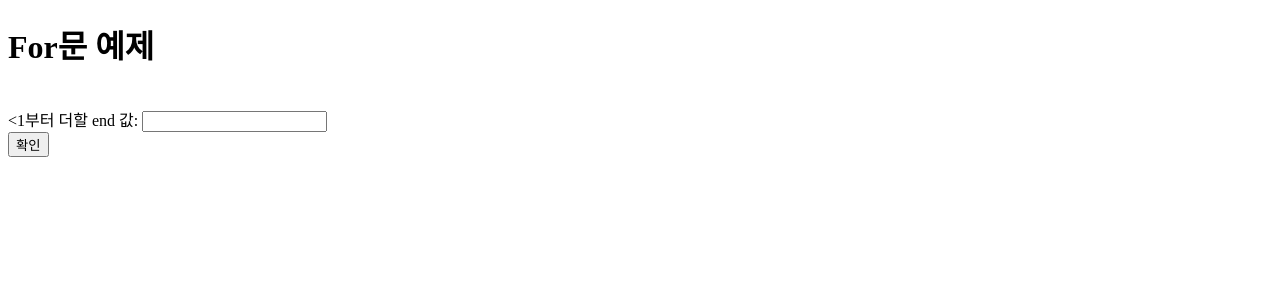
Repository: Endki/self_study_wep
Page: http://localhost/self-study-04/forForm.jsp
An editor plug-in stored every save of this project. The page is shown before and after the next save, followed by the edit.
The browser window is 1280 px wide. The pictures show the whole page.
The page is served by Tomcat 9.

Above is the page before, as saved 2018-08-07 01:37:16.

After the next save:
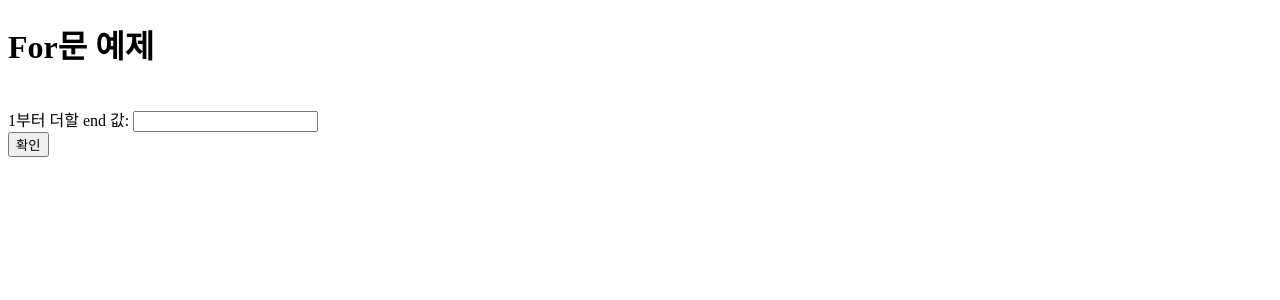
Saved 7 s later.
--- a/self_study/self-study-04/WebContent/forForm.jsp
+++ b/self_study/self-study-04/WebContent/forForm.jsp
@@ -9,7 +9,7 @@
 <body>
 <h1>For문 예제</h1>
 <br>
-<1부터 더할 end 값:
+1부터 더할 end 값:
 <input type = "text" name="sum" ><br>
 <input type = "submit" value="확인">
 </body>
